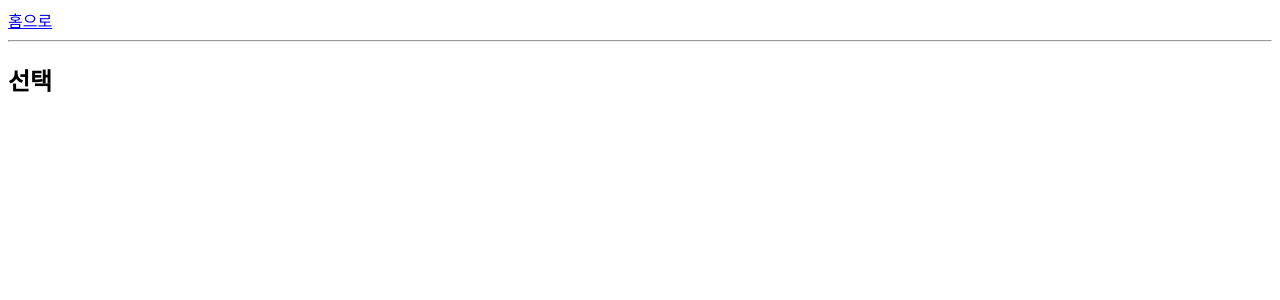
Repository: KimHyeonJun1/Study_Web302
Page: 01.Servlet01/src/main/webapp/choice.html
An editor plug-in stored every save of this project. The page is shown before and after the next save, followed by the edit.
The browser window is 1280 px wide. The pictures show the whole page.

Above is the page before, as saved 2024-06-20 08:16:10.

After the next save:
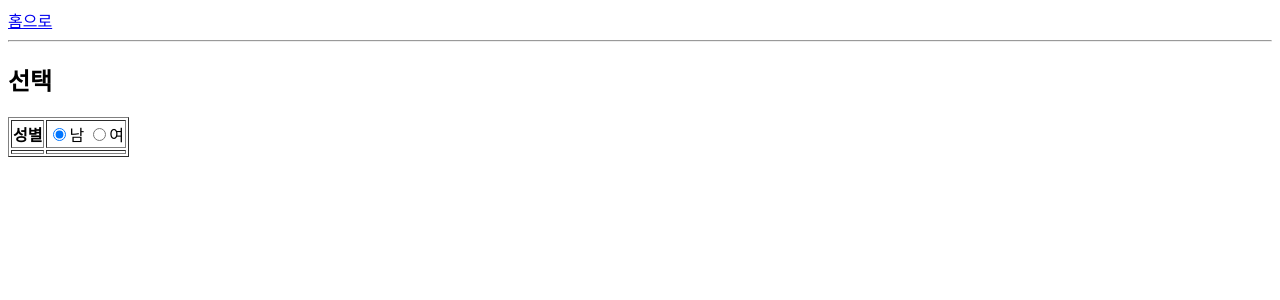
Saved 3 min 43 s later.
--- a/01.Servlet01/src/main/webapp/choice.html
+++ b/01.Servlet01/src/main/webapp/choice.html
@@ -8,5 +8,18 @@
 <a href ="index.html">홈으로</a>
 <hr>
 <h2>선택</h2>
+<form method="post" action="choice">
+<table border="1">
+<tr><th>성별</th>
+	<td>
+		<input type="radio" name="gender" checked>남
+		<input type="radio" name="gender">여
+	</td>
+</tr>
+<tr><th></th>
+	<td></td>
+	</tr>
+</table>
+</form>
 </body>
 </html>
